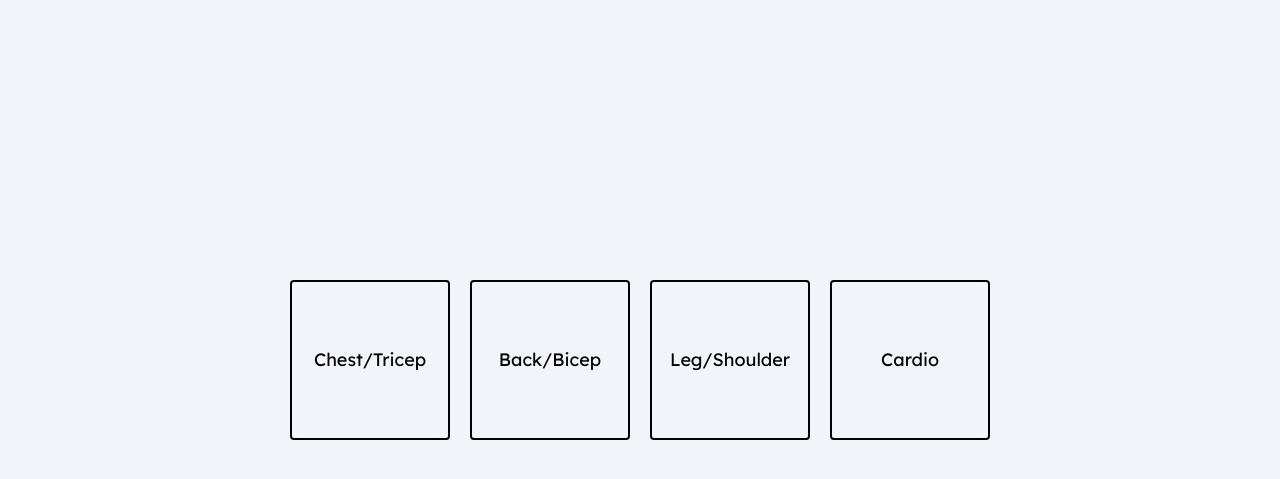
Repository: stavan30/tracker
Page: /
These files come from the project's save history. The page is drawn as it stood at one moment and after the next save; the edit follows.
The browser window is 1280 px wide. The pictures show the whole page.
The project was rebuilt for these pictures with package versions that can differ from the ones it lists, and the page was loaded fresh each time. Also part of the build but not shown: vite.config.js.

Above is the page before, as saved 2024-02-23 18:08:20.

### src/App.jsx
import { useState } from 'react';
import Card from './Components/Card';

function App() {


  return (
    <div className='flex justify-center items-center h-screen gap-5'>
      <Card day="Chest/Tricep"/>
      <Card day="Back/Bicep"/>
      <Card day="Leg/Shoulder"/>
      <Card day="Cardio"/>
    </div>
  )
}

export default App

### src/index.css
@import url('https://fonts.googleapis.com/css2?family=Lexend:wght@100..900&display=swap');

@tailwind base;
@tailwind components;
@tailwind utilities;

@layer utilities {
  body {
    @apply bg-slate-100;
  }
}

### src/Components/Card.jsx
import React from 'react'

const Card = (props) => {
  return (
    <div className='flex items-center justify-center text-black text-lg font-lex border-2 border-black rounded h-40 w-40 text-center '>
        <h1>{props.day}</h1>
    </div>
  )
}

export default Card

### tailwind.config.js
/** @type {import('tailwindcss').Config} */
export default {
  content: [
    "./index.html",
    "./src/**/*.{js,ts,jsx,tsx}",
  ],
  theme: {
    extend: {},
    fontFamily: {
      lex: ["Lexend", "sans-serif"]
    }
  },
  plugins: [],
}

Loaded but not shown: index.html (common file); src/main.jsx (common file)

After the next save:
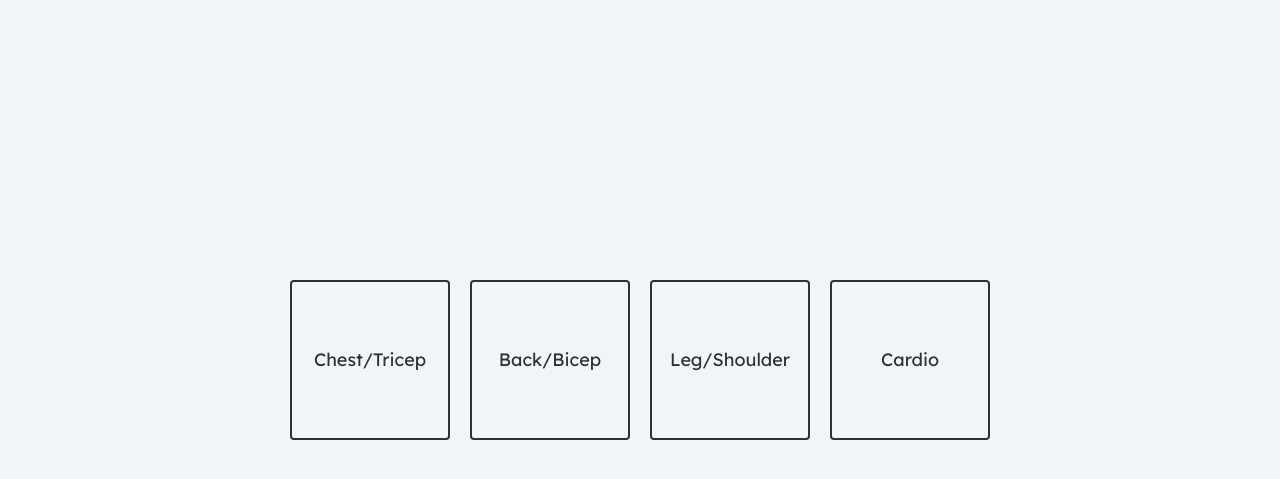
Saved 104 s later.
--- a/src/Components/Card.jsx
+++ b/src/Components/Card.jsx
@@ -2,7 +2,7 @@
 
 const Card = (props) => {
   return (
-    <div className='flex items-center justify-center text-black text-lg font-lex border-2 border-black rounded h-40 w-40 text-center '>
+    <div className='flex items-center justify-center text-black text-lg font-lex border-2 border-black rounded h-40 w-40 text-center hover: opacity-80'>
         <h1>{props.day}</h1>
     </div>
   )

After the save that followed:
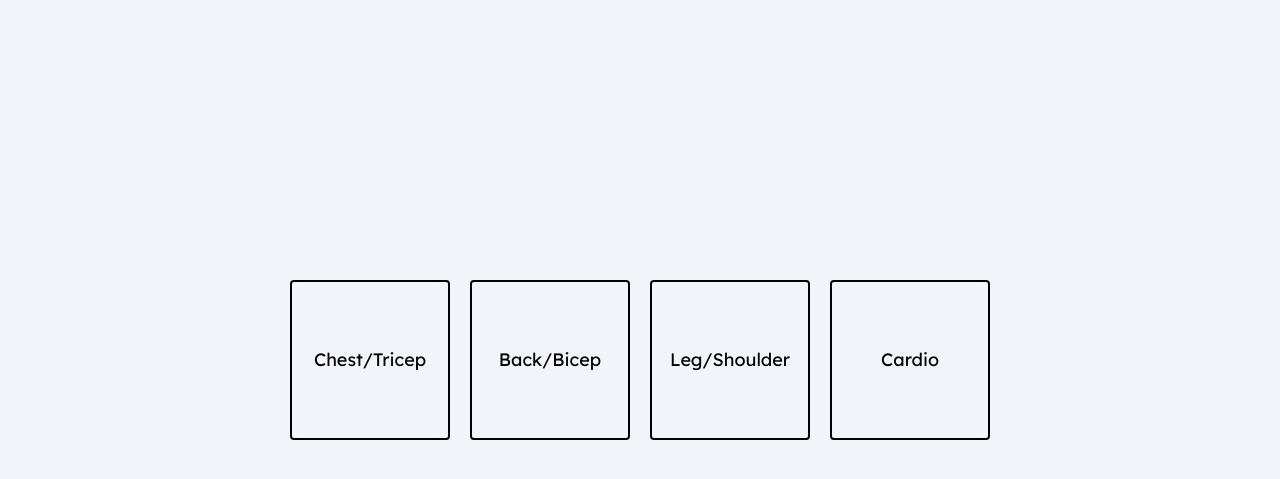
Saved 18 s later.
--- a/src/Components/Card.jsx
+++ b/src/Components/Card.jsx
@@ -2,7 +2,7 @@
 
 const Card = (props) => {
   return (
-    <div className='flex items-center justify-center text-black text-lg font-lex border-2 border-black rounded h-40 w-40 text-center hover: opacity-80'>
+    <div className='flex items-center justify-center text-black text-lg font-lex border-2 border-black rounded h-40 w-40 text-center'>
         <h1>{props.day}</h1>
     </div>
   )
